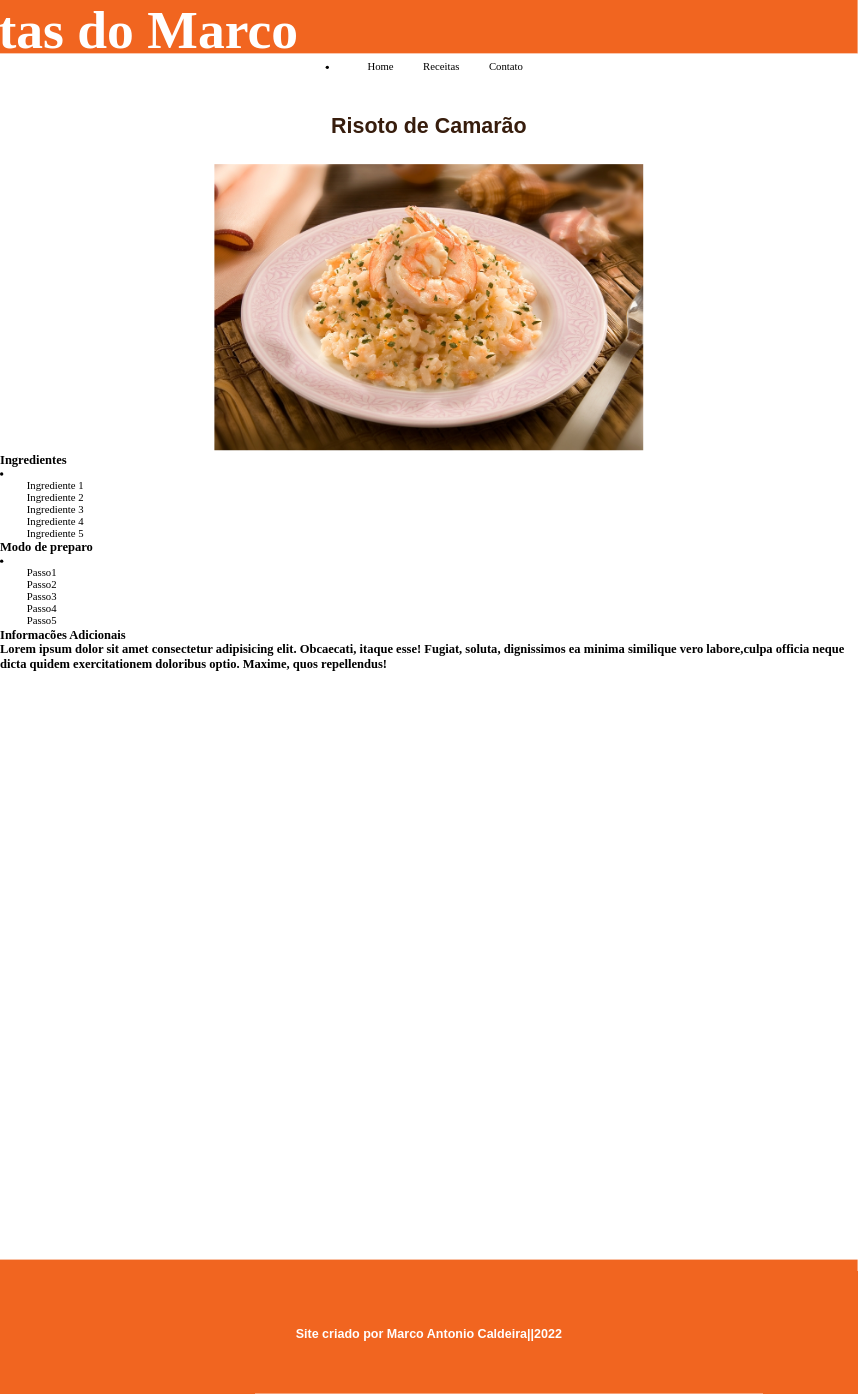
Repository: MarcoantonioCaldeira/Aprendizados-e-Conhecimentos
Page: Receitas da Casa/index.html
An editor plug-in stored every save of this project. The page is shown before and after the next save, followed by the edit.
The browser window is 1280 px wide. The pictures show the whole page, at 67% of full size.

Above is the page before, as saved 2022-05-26 00:13:52.

After the next save:
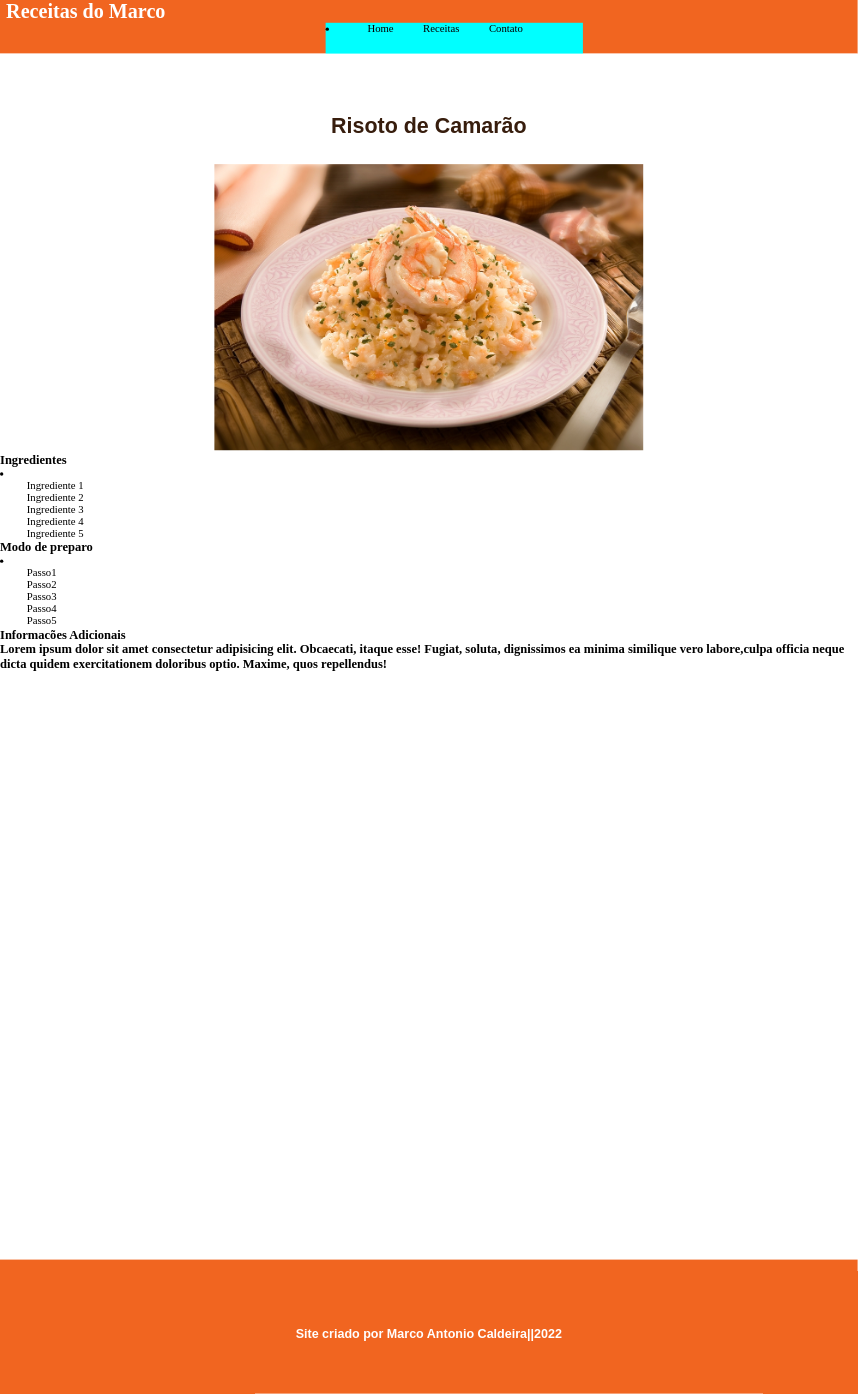
Saved 6 s later.
--- a/Receitas da Casa/css/estilo.css
+++ b/Receitas da Casa/css/estilo.css
@@ -16,7 +16,7 @@ h1{
 
 .titulo_logo{
     position: relative;
-    font-size:80px;
+    font-size:30px;
     color:white;
     left:-40%;
 }
